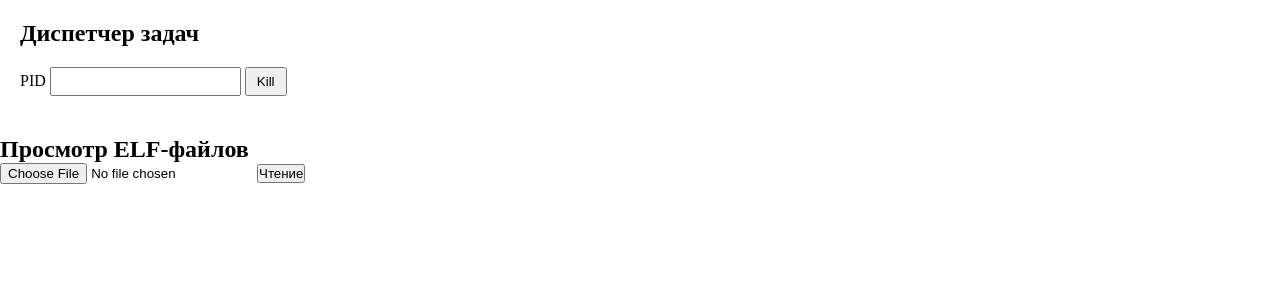
Repository: Predkor/OC
Page: index.html
An editor plug-in stored every save of this project. The page is shown before and after the next save, followed by the edit.
The browser window is 1280 px wide. The pictures show the whole page.
The page's requests for data from a server got no answer.

Above is the page before, as saved 2024-09-25 23:42:56.

### index.html
<!DOCTYPE html>
<html lang="en">
<head>
    <meta charset="UTF-8">
    <meta name="viewport" content="width=device-width, initial-scale=1.0">
    <title>Document</title>
</head>
<body>
    <section class="manager-block">
        <h1>Диспетчер задач</h1>
        <div class="process">
            <div class="process-control">
                <form action="/killproc" id="form-kill">
                    <label>
                        PID <input type="text" id="pid" name="pid">
                    </label>

                    <input type="submit" id="submit-kill" value="Kill">
                </form>

                <p id="kill-status"></p>

            </div>

            <div class="process-table">
                <table id="table-all-processes"></table>
            </div>
        </div>
    </section>

    <section class="elfread-block">
        <h1>Просмотр ELF-файлов</h1>
        <div class="elf-control">
            <form action="/upload" id="form-upload">
                <label>
                    <input type="file" name="filereader" id="filereader">
                </label>
                <input type="submit" id="submit-upload" value="Чтение">
            </form>
        </div>
    </section>

    <style>
        *{
            margin: 0;
            padding: 0;
            box-sizing: border-box;
        }

        body {
            display: flex;
            flex-direction: column;
            justify-content: center;
        }

        #table-all-processes, th, td {
            text-align: center;
            padding: 10px;
            border: 1px solid black;
            border-collapse: collapse;
        }

        th {
            padding: 10px;
        }

        td {
            word-break: break-all;
        }

        .manager-block {
            margin: 20px;
        }

        .process {
            display: flex;
            flex-direction: column;
            gap: 20px;
            margin-top: 20px;
        }

        #pid {
            padding: 5px;
        }

        #submit-kill {
            padding: 5px 10px 5px 10px;
        }

        .process-control {
            display: flex;
            gap: 20px;
        }


    </style>

    <script>
        const url = "http://localhost:8080";

        async function getProcessesList() {
            const u = `${url}/processes`;

            try{
                const response = await fetch(u);

                if (!response.ok) {
                    throw new Error(`Response status: ${response.status}`);
                }

                const json = await response.json();
                viewProcessList(json);
            } catch (e) {
                console.log(`Error: ${e}`);
            }
        }

        getProcessesList();
        setInterval(getProcessesList, 30000);

        function viewProcessList(data) {
            let table = document.querySelector('#table-all-processes');

            table.innerHTML = `
            <tr>
                <th>PID</th>
                <th>USER</th>
                <th>PR</th>
                <th>NI</th>
                <th>S</th>
                <th>MEM (KB)</th>
                <th>COMMAND</th>
            </tr>`;

            let arrayCategory = ["pid", "user", "pr", "ni", "s", "VmSize", "command"];

            data.forEach(item => {
                if (item.command !== '') {
                    let row = table.insertRow();
                    for (let i = 0; i < arrayCategory.length; i++) {
                        row.insertCell(i).textContent = item[arrayCategory[i]];
                    }
                }
            });
        }

        const killerForm = document.querySelector("#form-kill");
        killerForm.addEventListener("submit", async (event) => {
            event.preventDefault();

            let statusKill = document.querySelector("#kill-status");
            let pidValue = document.querySelector("#pid").value;
            let data = {
                pid: pidValue
            };

            try {
                const response = await fetch(`${url}/killproc`, {
                    method: "POST",
                    headers: {
                        "Content-Type": "application/json"
                    },
                    body: JSON.stringify(data)
                });

                if (!response.ok) {
                    throw new Error(`Response status: ${response.status}`);
                }

                const result = await response.json();
                statusKill.textContent = result.message;
            }catch(e) {
                console.log(`${e}`);
                statusKill.textContent = "error";
            }
        })

    </script>
</body>
</html>

After the next save:
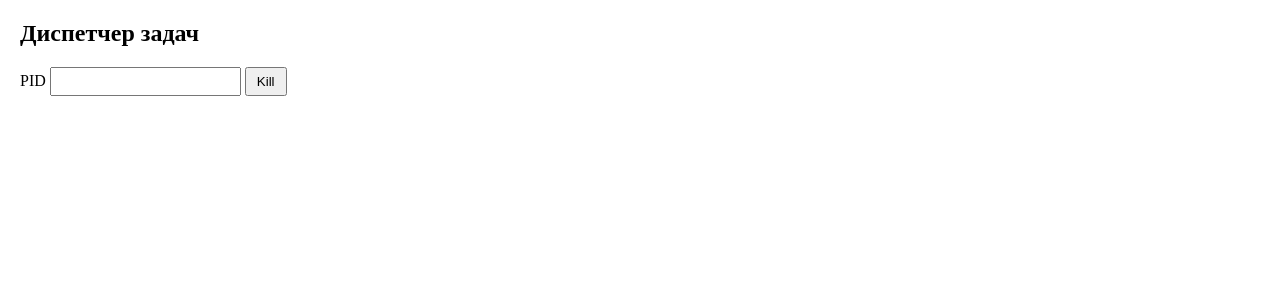
Saved 6 min 40 s later.
--- a/index.html
+++ b/index.html
@@ -28,6 +28,7 @@
         </div>
     </section>
 
+<!--
     <section class="elfread-block">
         <h1>Просмотр ELF-файлов</h1>
         <div class="elf-control">
@@ -38,7 +39,7 @@
                 <input type="submit" id="submit-upload" value="Чтение">
             </form>
         </div>
-    </section>
+    </section> -->
 
     <style>
         *{

After the 6 saves that followed:
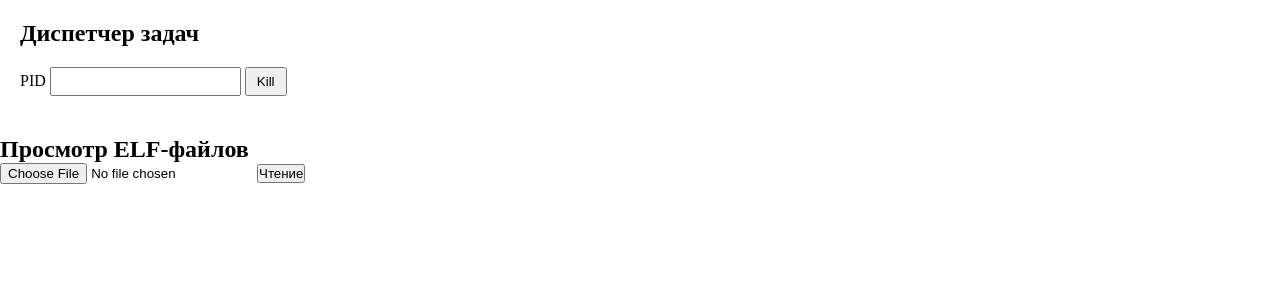
The 6 saves are shown as one change because 3 left the picture as it was and some came seconds apart.
The last was saved 12 min 58 s later.
--- a/index.html
+++ b/index.html
@@ -28,7 +28,6 @@
         </div>
     </section>
 
-<!--
     <section class="elfread-block">
         <h1>Просмотр ELF-файлов</h1>
         <div class="elf-control">
@@ -39,7 +38,7 @@
                 <input type="submit" id="submit-upload" value="Чтение">
             </form>
         </div>
-    </section> -->
+    </section>
 
     <style>
         *{
